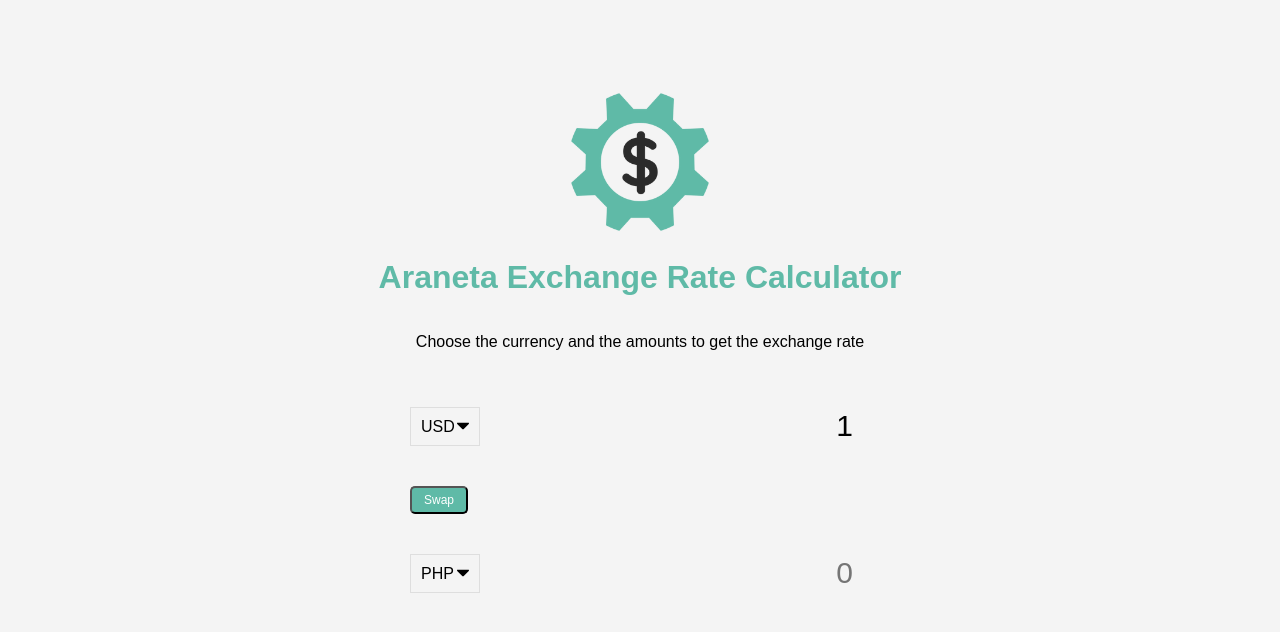
Repository: kenneth1175/ExchangeRateCalculator
Page: index.html
An editor plug-in stored every save of this project. The page is shown before and after the next save, followed by the edit.
The browser window is 1280 px wide. The pictures show the whole page.
The page's requests for data from a server got no answer.

Above is the page before, as saved 2025-10-04 14:08:03.

### index.html
<!DOCTYPE html>
<html lang="en">
  <head>
    <meta charset="UTF-8" />
    <meta name="viewport" content="width=device-width, initial-scale=1.0" />
    <title>Araneta Exchange Rate Calculator</title>
    <link rel="stylesheet" href="style.css" />
  </head>
  <body>
    <img src="./img/money.png" alt="logo" class="money-img" />
    <h1>Araneta Exchange Rate Calculator</h1>
    <p>Choose the currency and the amounts to get the exchange rate</p>

    <div class="container">
      <div class="currency">
        <select id="currency-one">
          <option value="AED">AED</option>
          <option value="ARS">ARS</option>
          <option value="AUD">AUD</option>
          <option value="BGN">BGN</option>
          <option value="BRL">BRL</option>
          <option value="BSD">BSD</option>
          <option value="CAD">CAD</option>
          <option value="CHF">CHF</option>
          <option value="CLP">CLP</option>
          <option value="CNY">CNY</option>
          <option value="COP">COP</option>
          <option value="CZK">CZK</option>
          <option value="DKK">DKK</option>
          <option value="DOP">DOP</option>
          <option value="EGP">EGP</option>
          <option value="EUR">EUR</option>
          <option value="FJD">FJD</option>
          <option value="GBP">GBP</option>
          <option value="GTQ">GTQ</option>
          <option value="HKD">HKD</option>
          <option value="HRK">HRK</option>
          <option value="HUF">HUF</option>
          <option value="IDR">IDR</option>
          <option value="ILS">ILS</option>
          <option value="INR">INR</option>
          <option value="ISK">ISK</option>
          <option value="JPY">JPY</option>
          <option value="KRW">KRW</option>
          <option value="KZT">KZT</option>
          <option value="MXN">MXN</option>
          <option value="MYR">MYR</option>
          <option value="NOK">NOK</option>
          <option value="NZD">NZD</option>
          <option value="PAB">PAB</option>
          <option value="PEN">PEN</option>
          <option value="PHP">PHP</option>
          <option value="PKR">PKR</option>
          <option value="PLN">PLN</option>
          <option value="PYG">PYG</option>
          <option value="RON">RON</option>
          <option value="RUB">RUB</option>
          <option value="SAR">SAR</option>
          <option value="SEK">SEK</option>
          <option value="SGD">SGD</option>
          <option value="THB">THB</option>
          <option value="TRY">TRY</option>
          <option value="TWD">TWD</option>
          <option value="UAH">UAH</option>
          <option value="USD" selected>USD</option>
          <option value="UYU">UYU</option>
          <option value="VND">VND</option>
          <option value="ZAR">ZAR</option>
        </select>
        <input type="number" id="amount-one" placeholder="0" value="1" />
      </div>

      <div class="swap-rate-container">
        <button class="btn" id="swap">Swap</button>
        <div class="rate" id="rate"></div>
      </div>

      <div class="currency">
        <select id="currency-two">
          <option value="AED">AED</option>
          <option value="ARS">ARS</option>
          <option value="AUD">AUD</option>
          <option value="BGN">BGN</option>
          <option value="BRL">BRL</option>
          <option value="BSD">BSD</option>
          <option value="CAD">CAD</option>
          <option value="CHF">CHF</option>
          <option value="CLP">CLP</option>
          <option value="CNY">CNY</option>
          <option value="COP">COP</option>
          <option value="CZK">CZK</option>
          <option value="DKK">DKK</option>
          <option value="DOP">DOP</option>
          <option value="EGP">EGP</option>
          <option value="EUR">EUR</option>
          <option value="FJD">FJD</option>
          <option value="GBP">GBP</option>
          <option value="GTQ">GTQ</option>
          <option value="HKD">HKD</option>
          <option value="HRK">HRK</option>
          <option value="HUF">HUF</option>
          <option value="IDR">IDR</option>
          <option value="ILS">ILS</option>
          <option value="INR">INR</option>
          <option value="ISK">ISK</option>
          <option value="JPY">JPY</option>
          <option value="KRW">KRW</option>
          <option value="KZT">KZT</option>
          <option value="MXN">MXN</option>
          <option value="MYR">MYR</option>
          <option value="NOK">NOK</option>
          <option value="NZD">NZD</option>
          <option value="PAB">PAB</option>
          <option value="PEN">PEN</option>
          <option value="PHP" selected>PHP</option>
          <option value="PKR">PKR</option>
          <option value="PLN">PLN</option>
          <option value="PYG">PYG</option>
          <option value="RON">RON</option>
          <option value="RUB">RUB</option>
          <option value="SAR">SAR</option>
          <option value="SEK">SEK</option>
          <option value="SGD">SGD</option>
          <option value="THB">THB</option>
          <option value="TRY">TRY</option>
          <option value="TWD">TWD</option>
          <option value="UAH">UAH</option>
          <option value="USD">USD</option>
          <option value="UYU">UYU</option>
          <option value="VND">VND</option>
          <option value="ZAR">ZAR</option>
        </select>
        <input type="number" id="amount-two" placeholder="0" />
      </div>
    </div>
    <script src="script.js"></script>
  </body>
</html>

### style.css
/* Universal Code For The Color */
:root {
  --primary-color: #5fbaa7;
}

/* *********************************************** */
* {
  box-sizing: border-box;
}

body {
  background-color: #f4f4f4;
  font-family: Arial, Helvetica, sans-serif;
  display: flex;
  flex-direction: column;
  align-items: center;
  justify-content: center;
  height: 100vh;
  margin: 0;
  padding: 20px;
}

h1 {
  color: var(--primary-color);
}

p {
  text-align: center;
}

.btn {
  color: #fff;
  background: var(--primary-color);
  cursor: pointer;
  border-radius: 5px;
  font-size: 12px;
  padding: 5px 12px;
}

.money-img {
  width: 150px;
}

.currency {
  padding: 40px 0;
  display: flex;
  align-items: center;
  justify-content: space-between;
}

.currency select {
  padding: 10px 20px 10px 10px;
  -moz-appearance: none;
  -webkit-appearance: none;
  appearance: none;
  border: 1px solid #dedede;
  font-size: 16px;
  background: transparent;
  background-image: url("data:[embedded picture, 475 characters]");
  background-position: right 10px top 50%, 0, 0;
  background-size: 12px auto, 100%;
  background-repeat: no-repeat;
}

.currency input {
  border: 0;
  background: transparent;
  font-size: 30px;
  text-align: right;
}

.swap-rate-container {
  display: flex;
  align-items: center;
  justify-content: space-between;
}

.rate {
  color: var(--primary-color);
  font-size: 14px;
  padding: 0 10px;
}

/* Gets rid of outline on buttons */

select:focus,
input:focus,
button:focus {
  outline: 0;
}

@media (max-width: 600px) {
  .currrency input {
    width: 200px;
  }
}

### script.js
const currencyEl_one = document.getElementById("currency-one");
const amountEl_one = document.getElementById("amount-one");
const currencyEl_two = document.getElementById("currency-two");
const amountEl_two = document.getElementById("amount-two");

const rateEl = document.getElementById("rate");
const swap = document.getElementById("swap");

// Fetch exchange rates and update the DOM
function calculate() {
  const currency_one = currencyEl_one.value;
  const currency_two = currencyEl_two.value;
  // console.log(currency_one, currency_two);

  fetch(
    // `https://v6.exchangerate-api.com/v6/65204067a11028042ce4d3fc/latest/${currency_one}`
    `https://api.exchangerate-api.com/v4/latest/${currency_one}`
  )
    .then((res) => res.json())
    .then((data) => {
      const rate = data.rates[currency_two];

      rateEl.innerText = `1 ${currency_one} = ${rate} ${currency_two}`;

      amountEl_two.value = (amountEl_one.value * rate).toFixed(2);
    });
}

// Event Listeners
currencyEl_one.addEventListener("change", calculate);
amountEl_one.addEventListener("input", calculate);
currencyEl_two.addEventListener("change", calculate);
amountEl_two.addEventListener("input", calculate);

swap.addEventListener("click", () => {
  const temp = currencyEl_one.value;
  currencyEl_one.value = currencyEl_two.value;
  currencyEl_two.value = temp;
  calculate();
});

calculate();

After the next save:
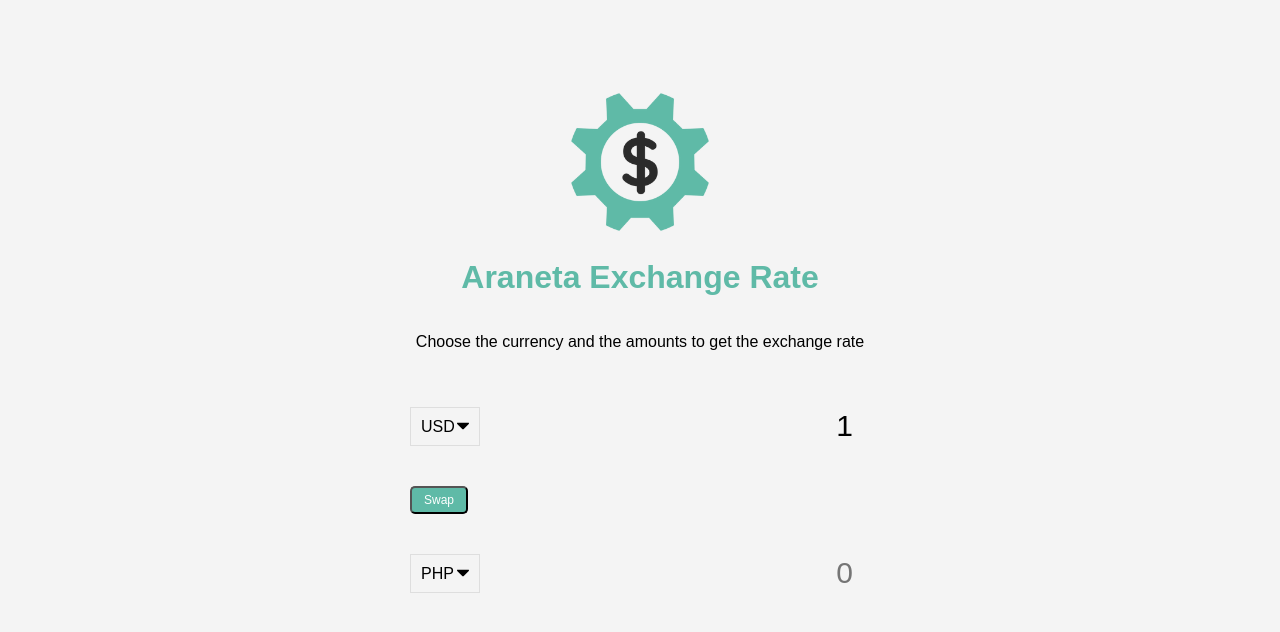
Saved 2 min 31 s later.
--- a/index.html
+++ b/index.html
@@ -8,7 +8,7 @@
   </head>
   <body>
     <img src="./img/money.png" alt="logo" class="money-img" />
-    <h1>Araneta Exchange Rate Calculator</h1>
+    <h1>Araneta Exchange Rate</h1>
     <p>Choose the currency and the amounts to get the exchange rate</p>
 
     <div class="container">
